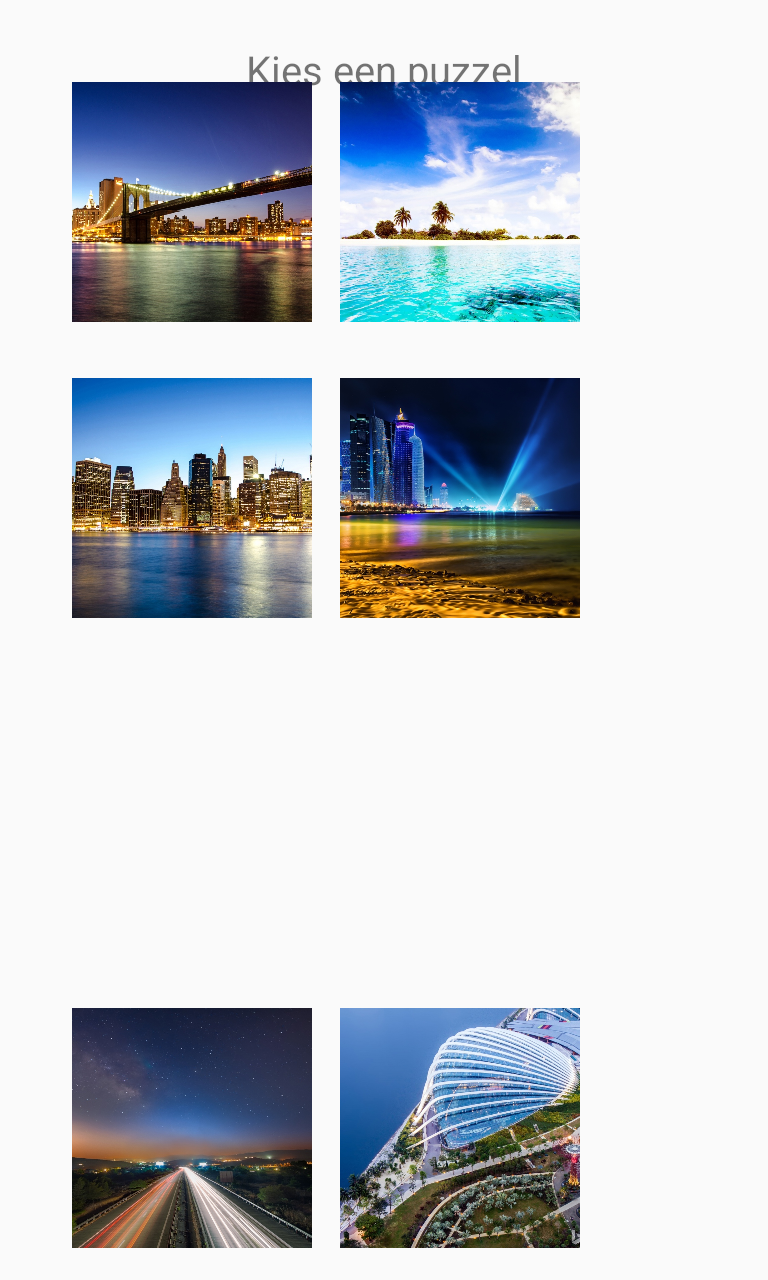
Repository: MarcSelles/nPuzzle10447768
Layout: NPuzzle10447768/res/layout/activity_main.xml
The author's editor kept a copy of each file at every save. The layout is drawn from the files as they stood at one save, then again after the next save.
It is drawn on a 768 x 1280 px phone screen (xhdpi) without system bars, with theme AppTheme; the app's code is not run.

Above is the layout before, as saved 2014-11-23 13:32:04.

After the next save:
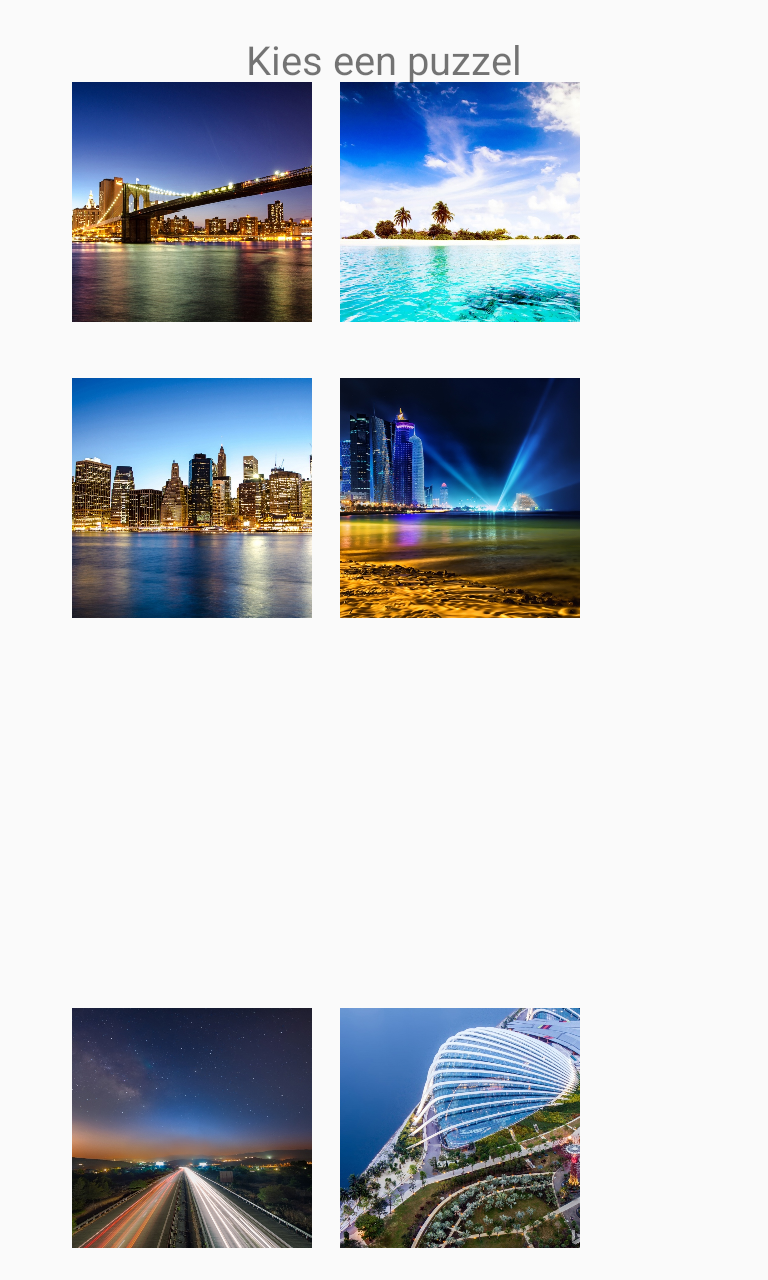
Saved 30 s later.
--- a/NPuzzle10447768/res/layout/activity_main.xml
+++ b/NPuzzle10447768/res/layout/activity_main.xml
@@ -7,14 +7,6 @@
     android:paddingRight="@dimen/activity_horizontal_margin"
     android:paddingTop="@dimen/activity_vertical_margin"
     tools:context="nl.mprog.projects.NPuzzle10447768.MainActivity" >
-
-    <TextView
-        android:layout_width="wrap_content"
-        android:layout_height="wrap_content"
-        android:layout_centerHorizontal="true"
-        android:layout_marginTop="5dp"
-        android:textSize="20sp"
-        android:text="@string/choose_image" />
 
     <ImageView
         android:id="@+id/imageView1"
@@ -74,4 +66,12 @@
         android:scaleType="fitXY"
         android:src="@drawable/singapore_city" />
 
+    <TextView
+        android:layout_width="wrap_content"
+        android:layout_height="wrap_content"
+        android:layout_alignParentTop="true"
+        android:layout_centerHorizontal="true"
+        android:text="@string/choose_image"
+        android:textSize="20sp" />
+
 </RelativeLayout>
